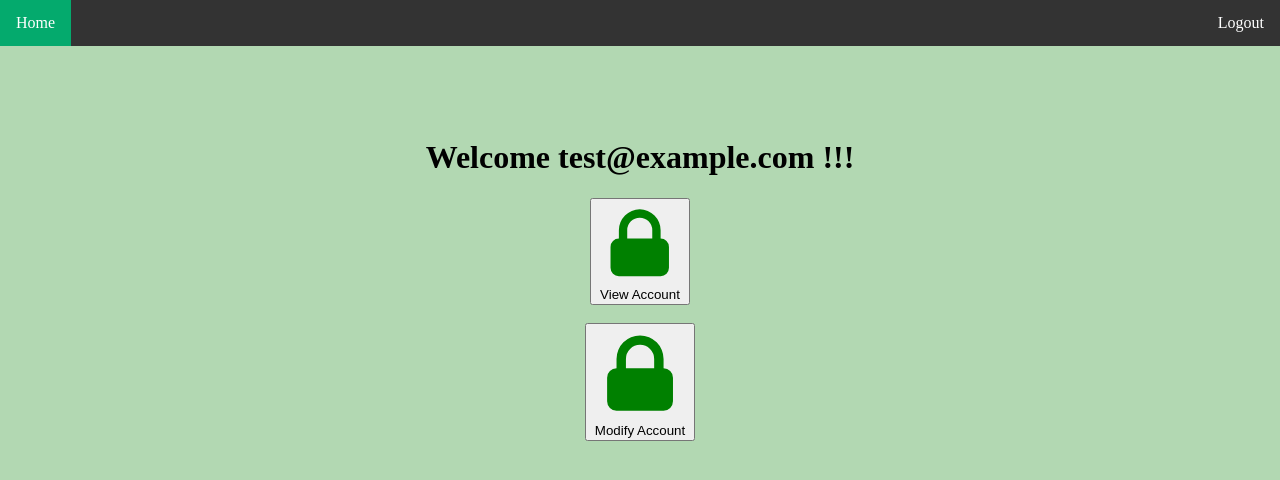
Repository: sach7691/original-book-store
Page: http://localhost/online-book-store-application/dashboard.jsp
These files come from the project's save history. The page is drawn as it stood at one moment and after the next save; the edit follows.
The browser window is 1280 px wide. The pictures show the whole page.
The page is served by Tomcat 9. The session is filled in as if someone had signed in: {"email": "test@example.com"}. Other server files are loaded and not shown.

Above is the page before, as saved 2022-08-31 19:54:11.

### online-book-store-application/src/main/webapp/dashboard.jsp

<%@ page language="java" contentType="text/html; charset=ISO-8859-1"
	pageEncoding="ISO-8859-1"%>
<%@ taglib uri="http://java.sun.com/jsp/jstl/core" prefix="c"%>
<!DOCTYPE html>
<html>
<head>
<meta charset="ISO-8859-1">
<meta name="viewport" content="width=device-width, initial-scale=1.0">
<title>Dashboard</title>
</head>
<body>
	<%

  response.setHeader("Cache-Control", "no-cache,no-store,must-revalidate"); //prevent back button after logout HTTP 1.1
  //HTTP 1.0 and if you use proxy seperatly should remove cache to prevent back button
   response.setHeader("Pragma","no-cache"); //HTTP 1.0
   response.setDateHeader ("Expires", 0);
  if(session.getAttribute("email")==null){
	response.sendRedirect("login.jsp");
}
%>
<style>


body
{
  margin: 0;
  background: rgba(0, 128, 0, 0.3);

}
 letter {
   color: #ea503f;
   font-family: Arial;
   float: center;
 }

ul.topnav {
  list-style-type: none;
  margin: 0;
  padding: 0;
  overflow: hidden;
  background-color: #333;
}

ul.topnav li {float: left;}

ul.topnav li a {
  display: block;
  color: white;
  text-align: center;
  padding: 14px 16px;
  text-decoration: none;
}

ul.topnav li a:hover:not(.active) {background-color: #111;}

ul.topnav li a.active {background-color: #04AA6D;}

ul.topnav li.right {float: right;}

@media screen and (max-width: 600px) {
  ul.topnav li.right,
  ul.topnav li {float: none;}
}
</style>
</head>
<body>
<form action="http://localhost:8080/online-book-store-application/LogoutCustomerServlet" method="GET">
<div>
<ul class="topnav">
  <li><a class="active" href="welcome.jsp">Home</a></li>
  <li class="right"><a href="login.jsp">Logout</a></li>
</ul>
<br>
<br>
<br>
<br>
</div>
</form>
<form action="http://localhost:8080/online-book-store-application/AccountDetailsServlet"  method="GET">

<%

session.getAttribute("email");
session.getAttribute("modifyCustomer");

%>
<center>
<div>
<p style="color: red;"><h1>Welcome ${email} !!!</h1></p>
</div>

 <input type="text" id="email" name="email" value= "${email}" hidden="" >
        <button type="submit" class="group relative w-full flex justify-center py-2 px-4 border border-transparent text-sm font-medium rounded-md text-white bg-green-600 hover:bg-green-700 focus:outline-none focus:ring-2 focus:ring-offset-2 focus:ring-indigo-500">
          <span class="absolute left-0 inset-y-0 flex items-center pl-3">
            <!-- Heroicon name: solid/lock-closed -->
            <svg class="h-5 w-5 text-indigo-500 group-hover:text-indigo-400" xmlns="http://www.w3.org/2000/svg" viewBox="0 0 20 20" fill="green" aria-hidden="true">
              <path fill-rule="evenodd" d="M5 9V7a5 5 0 0110 0v2a2 2 0 012 2v5a2 2 0 01-2 2H5a2 2 0 01-2-2v-5a2 2 0 012-2zm8-2v2H7V7a3 3 0 016 0z" clip-rule="evenodd" />
            </svg>
          </span>
          View Account
        </button>
 </form>
 <br>
  <br>
 <form action="http://localhost:8080/online-book-store-application/ModifyCustomerServlet"  method="POST">
  <button type="submit" class="group relative w-full flex justify-center py-2 px-4 border border-transparent text-sm font-medium rounded-md text-white bg-green-600 hover:bg-green-700 focus:outline-none focus:ring-2 focus:ring-offset-2 focus:ring-indigo-500">
          <span class="absolute left-0 inset-y-0 flex items-center pl-3">
            <!-- Heroicon name: solid/lock-closed -->
            <svg class="h-5 w-5 text-indigo-500 group-hover:text-indigo-400" xmlns="http://www.w3.org/2000/svg" viewBox="0 0 20 20" fill="green" aria-hidden="true">
              <path fill-rule="evenodd" d="M5 9V7a5 5 0 0110 0v2a2 2 0 012 2v5a2 2 0 01-2 2H5a2 2 0 01-2-2v-5a2 2 0 012-2zm8-2v2H7V7a3 3 0 016 0z" clip-rule="evenodd" />
            </svg>
          </span>
          Modify Account
        </button>
 </form>
</center>
</body>
</html>

After the next save:
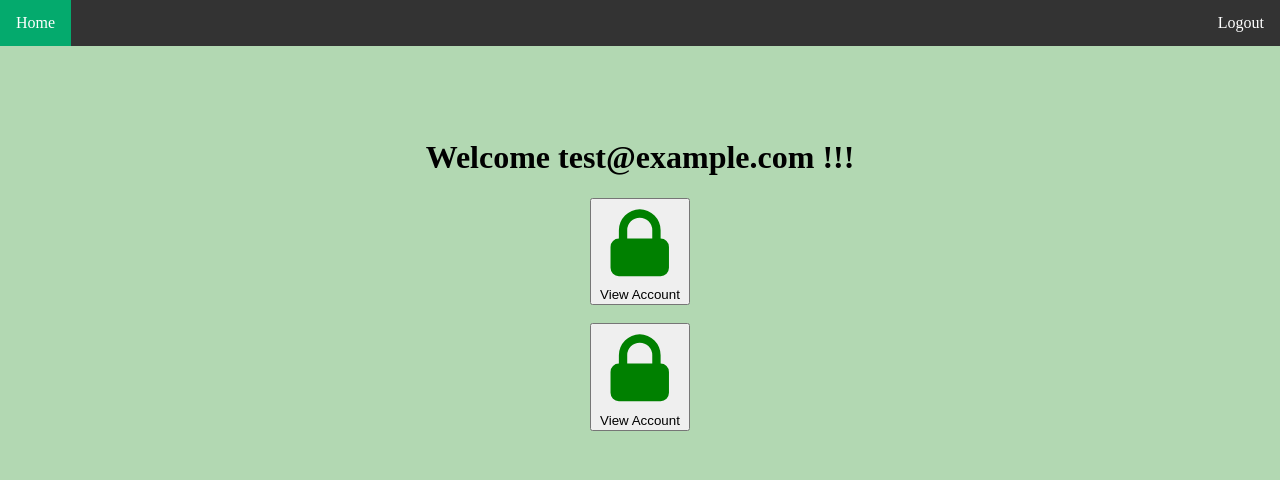
Saved 59 s later.
--- a/online-book-store-application/src/main/webapp/dashboard.jsp
+++ b/online-book-store-application/src/main/webapp/dashboard.jsp
@@ -112,7 +112,7 @@ session.getAttribute("modifyCustomer");
               <path fill-rule="evenodd" d="M5 9V7a5 5 0 0110 0v2a2 2 0 012 2v5a2 2 0 01-2 2H5a2 2 0 01-2-2v-5a2 2 0 012-2zm8-2v2H7V7a3 3 0 016 0z" clip-rule="evenodd" />
             </svg>
           </span>
-          Modify Account
+          View Account
         </button>
  </form>
 </center>
